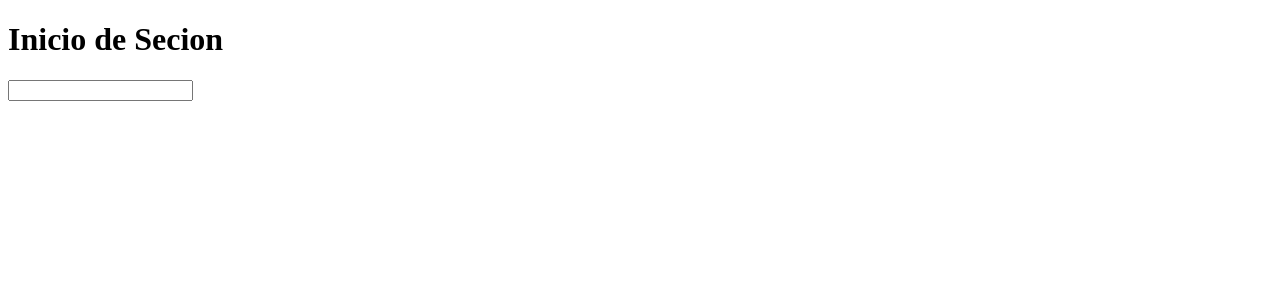
Repository: NighelG/Proyecto-de-verificacion-de-asistencia
Page: ProyectoAsistencia/public/pages/index.html
These files come from the project's save history. The page is drawn as it stood at one moment and after a run of saves; the edit follows.
The browser window is 1280 px wide. The pictures show the whole page.

Above is the page before, as saved 2025-08-26 15:14:58.

After the next 3 saves:
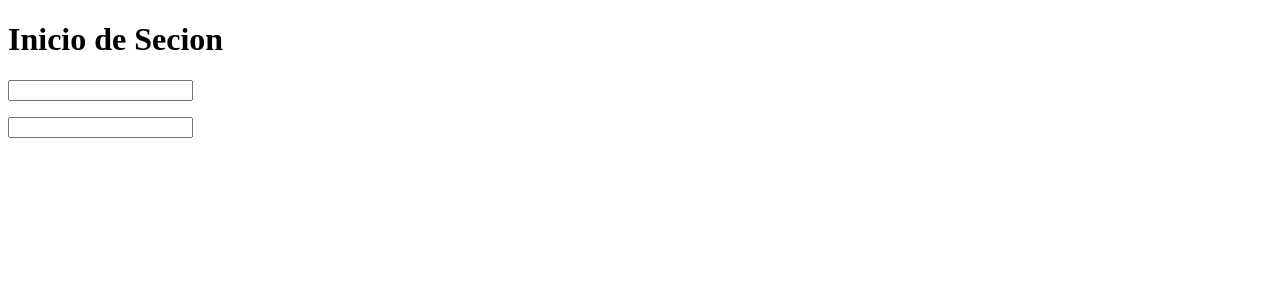
The 3 saves are shown as one change because they came seconds apart.
The last was saved 10 s later.
--- a/ProyectoAsistencia/public/pages/index.html
+++ b/ProyectoAsistencia/public/pages/index.html
@@ -12,6 +12,10 @@
         <label for=""></label>
         <input type="text">
         <p></p>
+
+        <label for=""></label>
+        <input type="text">
+        <p></p>
     </div>
 </body>
 <script type="module" src="../js/index.js"></script>
